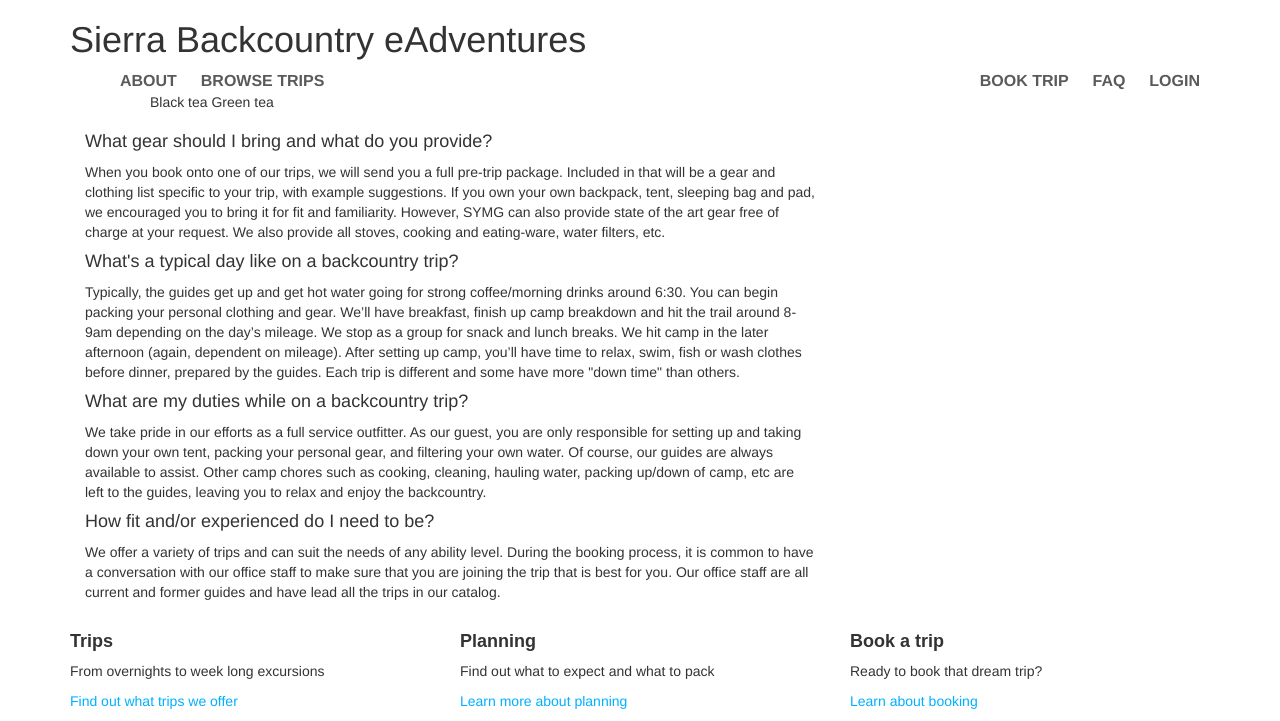
Repository: nageek17/eadventures
Page: http://localhost/faq.php
The author's editor kept a record of every edit. The page is drawn from the files as they stood at one moment, then again after the next edit.
The browser window is 1280 px wide. The pictures show the whole page.
Some web libraries are served in a nearby version. The page is run by PHP 8.4 with error messages shown; the project is at /var/www/html/.

Above is the page before.
Console error (its wording comes from the project's code and is left out).

After the next edit:
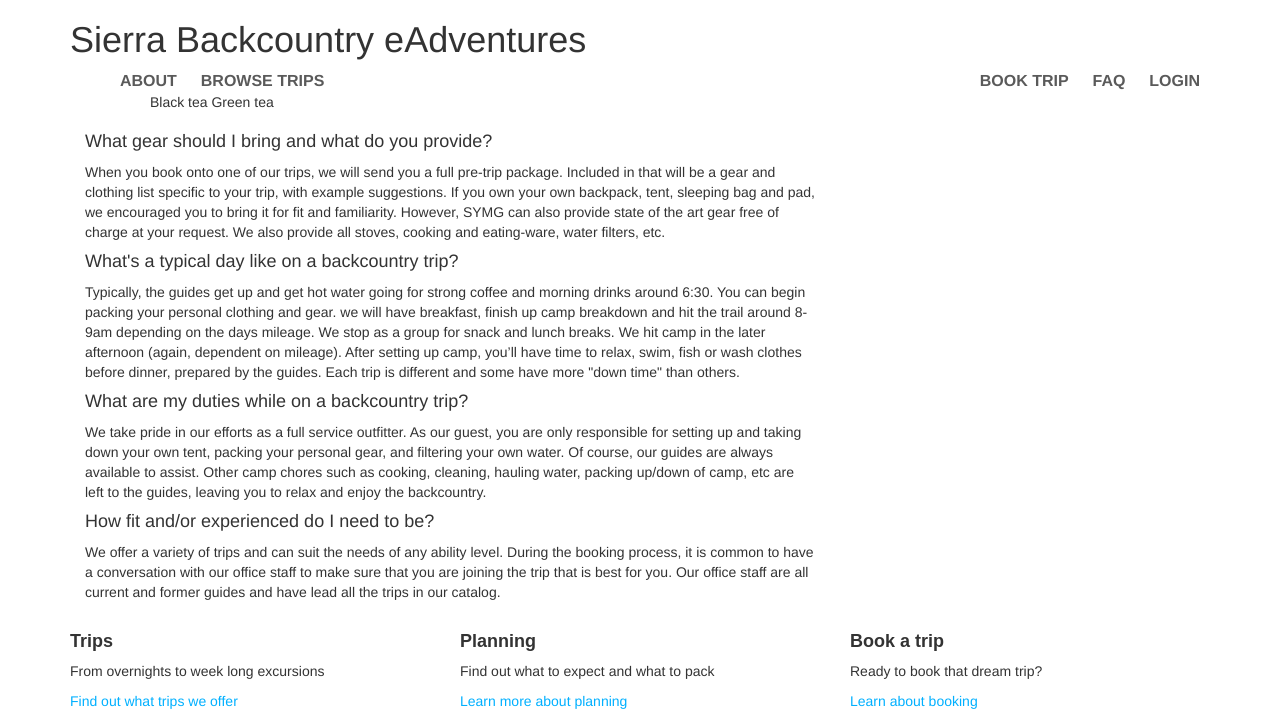
The edit:
--- a/faq.php
+++ b/faq.php
@@ -12,7 +12,7 @@
 <h4>What's a typical day like on a backcountry trip?</h4>
 
 <p>
-Typically, the guides get up and get hot water going for strong coffee/morning drinks around 6:30. You can begin packing your personal clothing and gear. We’ll have breakfast, finish up camp breakdown and hit the trail around 8-9am depending on the day’s mileage. We stop as a group for snack and lunch breaks. We hit camp in the later afternoon (again, dependent on mileage). After setting up camp, you’ll have time to relax, swim, fish or wash clothes before dinner, prepared by the guides. Each trip is different and some have more "down time" than others.
+Typically, the guides get up and get hot water going for strong coffee and morning drinks around 6:30. You can begin packing your personal clothing and gear. we will have breakfast, finish up camp breakdown and hit the trail around 8-9am depending on the days mileage. We stop as a group for snack and lunch breaks. We hit camp in the later afternoon (again, dependent on mileage). After setting up camp, you’ll have time to relax, swim, fish or wash clothes before dinner, prepared by the guides. Each trip is different and some have more "down time" than others.
 </p>
 <h4>What are my duties while on a backcountry trip?</h4>
 <p>
